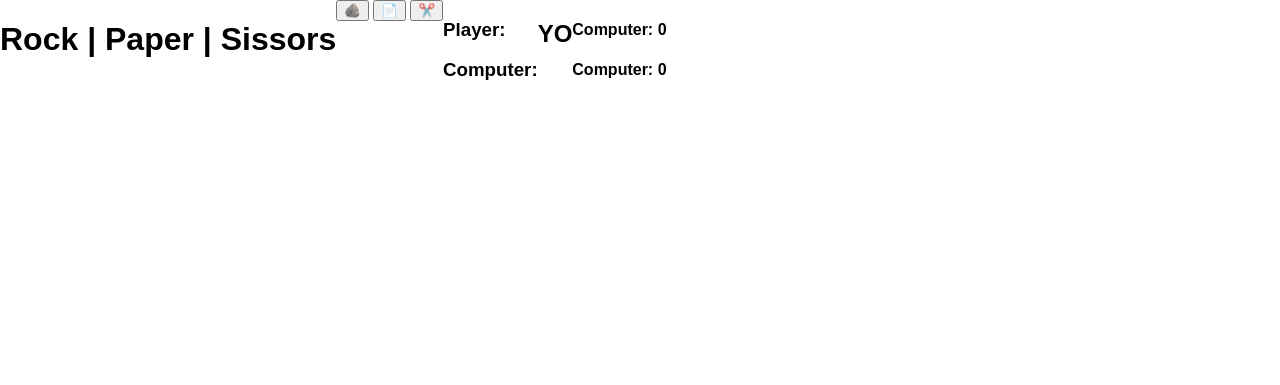
Repository: SakthivelDurai47/Rock-Paper-Sissors
Page: index.html
The author's editor kept a copy of each file at every save. The page is drawn from the files as they stood at one save, then again after the next save.
The browser window is 1280 px wide. The pictures show the whole page.

Above is the page before, as saved 2025-04-14 22:05:08.

### index.html
<!DOCTYPE html>
<html lang="en">
  <head>
    <meta charset="UTF-8" />
    <meta name="viewport" content="width=device-width, initial-scale=1.0" />
    <title>Rock, Paper, Scissor</title>
    <meta name="aurthor" content="Sakthivel Durai S" />
    <link rel="stylesheet" href="styles.css" />
  </head>
  <body>
    <h1>Rock | Paper | Sissors</h1>
    <div id="choice">
      <button onclick="playGame('Rock')">🪨</button>
      <button onclick="playGame('Paper')">📄</button>
      <button onclick="playGame('Scissor')">✂️</button>
    </div>
    <div id="info">
      <h3>Player:</h3>
      <h3>Computer:</h3>
    </div>
    <h2 id="result">YO</h2>
    <div id="scores">
      <h4>Computer: <span id="scorePlr">0</span></h4>
      <h4>Computer: <span id="scoreCum">0</span></h4>
    </div>
    <script src="index.js"></script>
  </body>
</html>

### styles.css
body {
  margin: 0;
  font-family: Arial, sans-serif;
  display: flex;
}

Loaded but not shown: index.js (no copy from this time; the picture is the same without it)

After the next save:
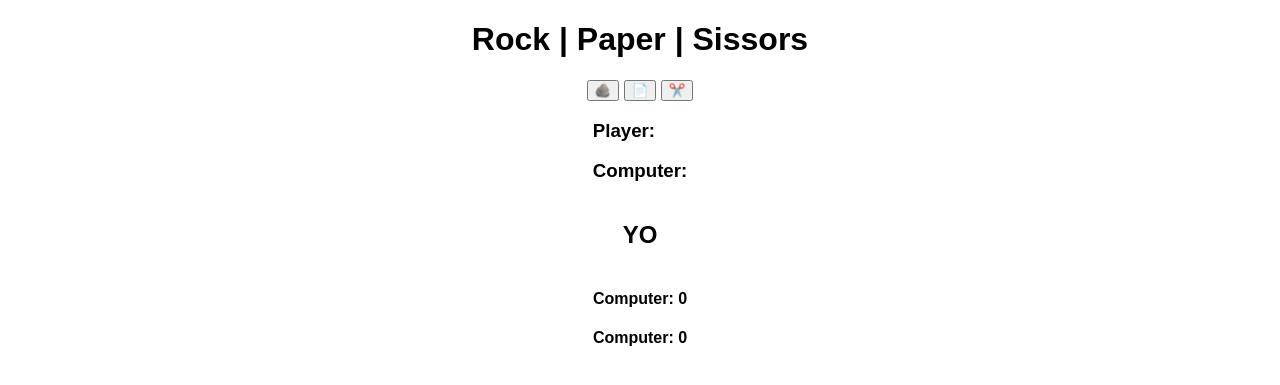
Saved 13 s later.
--- a/styles.css
+++ b/styles.css
@@ -2,4 +2,6 @@ body {
   margin: 0;
   font-family: Arial, sans-serif;
   display: flex;
+  flex-direction: column;
+  align-items: center;
 }
